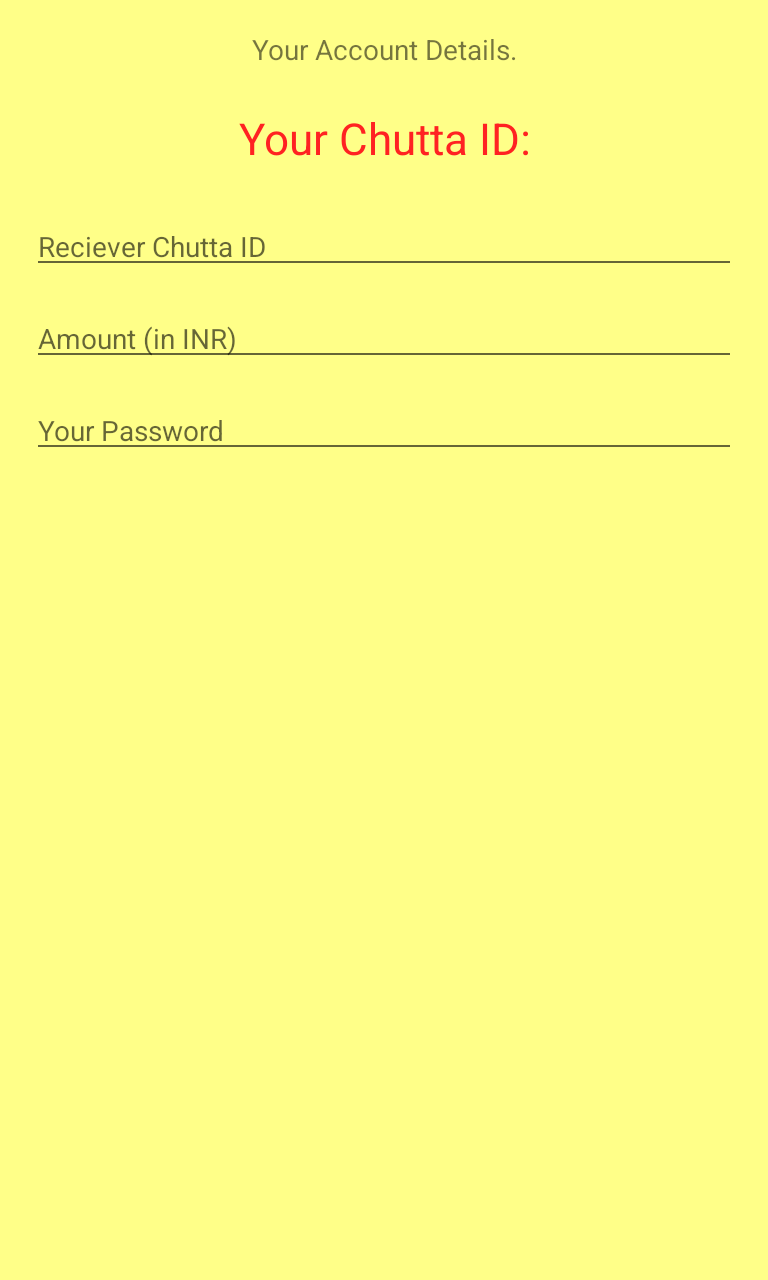
Repository: pankajksharma/chutta-pay
Layout: ChuttaPay/res/layout/activity_account.xml
These files come from the project's save history. The layout is drawn as it stood at one moment and after the next save; the edit follows.
It is drawn on a 768 x 1280 px phone screen (xhdpi) without system bars, with theme AppTheme; the app's code is not run.

Above is the layout before, as saved 2014-04-26 16:25:07.

After the next save:
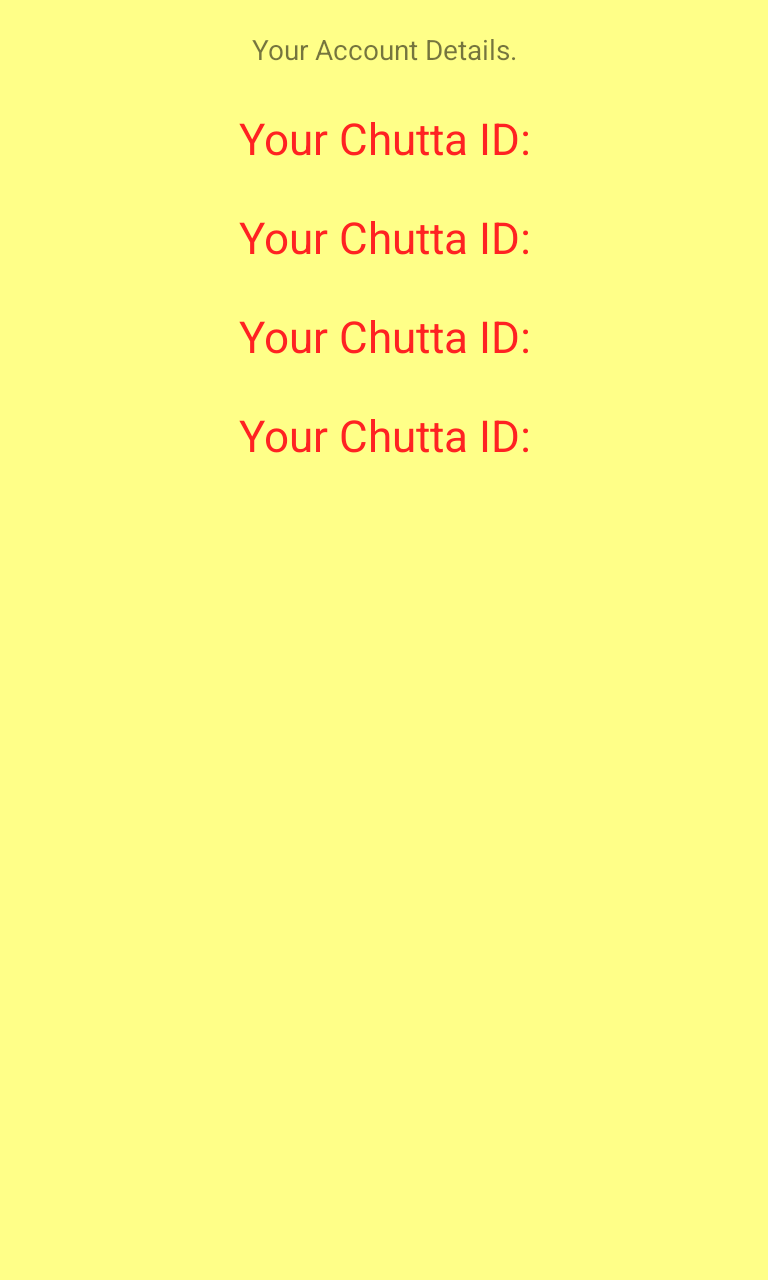
Saved 44 s later.
--- a/ChuttaPay/res/layout/activity_account.xml
+++ b/ChuttaPay/res/layout/activity_account.xml
@@ -30,36 +30,32 @@
             android:textSize="22dp"
             android:text="Your Chutta ID:" />
 
-        <EditText
-            android:id="@+id/edt_user_id"
+        <TextView
             android:layout_width="match_parent"
             android:layout_height="wrap_content"
-            android:layout_marginBottom="10dp"
-            android:hint="Reciever Chutta ID"
-            android:inputType="number"
-            android:lines="1"
-            android:textSize="14sp" />
+            android:gravity="center_horizontal"
+            android:layout_marginBottom="20dp"
+            android:textColor="#ff2222"
+            android:textSize="22dp"
+            android:text="Your Chutta ID:" />
 
-        <EditText
-            android:id="@+id/edt_amount"
+        <TextView
             android:layout_width="match_parent"
             android:layout_height="wrap_content"
-            android:layout_marginBottom="10dp"
-            android:hint="Amount (in INR)"
-            android:inputType="number"
-            android:lines="1"
-            android:textSize="14sp" />
+            android:gravity="center_horizontal"
+            android:layout_marginBottom="20dp"
+            android:textColor="#ff2222"
+            android:textSize="22dp"
+            android:text="Your Chutta ID:" />
 
-         <EditText
-            android:id="@+id/edt_password"
+        <TextView
             android:layout_width="match_parent"
             android:layout_height="wrap_content"
-            android:layout_marginBottom="10dp"
-            android:hint="Your Password"
-            android:inputType="textPassword"
-            android:lines="1"
-            android:textSize="14sp" />
-
+            android:gravity="center_horizontal"
+            android:layout_marginBottom="20dp"
+            android:textColor="#ff2222"
+            android:textSize="22dp"
+            android:text="Your Chutta ID:" />
 
     </LinearLayout>
 
